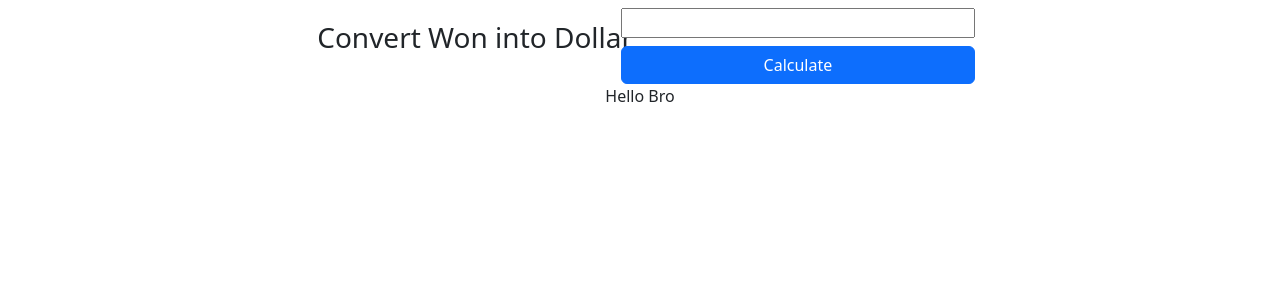
Repository: LeGrandMAG/magCalculator
Page: index.html
The author's editor kept a copy of each file at every save. The page is drawn from the files as they stood at one save, then again after the next save.
The browser window is 1280 px wide. The pictures show the whole page.

Above is the page before, as saved 2022-05-26 13:11:37.

### index.html
<!DOCTYPE html>
<html lang="en">
<head>
    <meta charset="UTF-8">
    <meta http-equiv="X-UA-Compatible" content="IE=edge">
    <meta name="viewport" content="width=device-width, initial-scale=1.0">
    <link href="https://cdn.jsdelivr.net/npm/bootstrap@5.2.0-beta1/dist/css/bootstrap.min.css" rel="stylesheet" integrity="sha384-0evHe/X+R7YkIZDRvuzKMRqM+OrBnVFBL6DOitfPri4tjfHxaWutUpFmBp4vmVor" crossorigin="anonymous">
    <link rel="shortcut icon" href="assets/images/icon.ico"image/x-icon">
    <script src="app.js"></script>
    <link href="style.css" rel="stylesheet">
    <title>Price Calculator</title>
</head>
<body>


    <div class="container">
        <h3>Convert Won into Dollar</h3>
        <form class="row"action="">
            <input class="mt-2 mb-2" type="text">

                <button onclick="myFunction()" class="btn btn-primary"> Calculate</button>
        </form>
    </div>
    <p id="okay">Hello Bro</p>


</body>
</html>

### app.js


function myFunction(){
        document.getElementById('okay').innerHTML = "doll"

}

### style.css
body{
    margin:auto;
    align-items: center;
    text-align: center;
}
.container{
    margin:auto;
    display: flex;
    justify-content: center;
    align-items: center;
}

.form-elem{
    margin-top: 10;
    margin-bottom: 10;
}

After the next save:
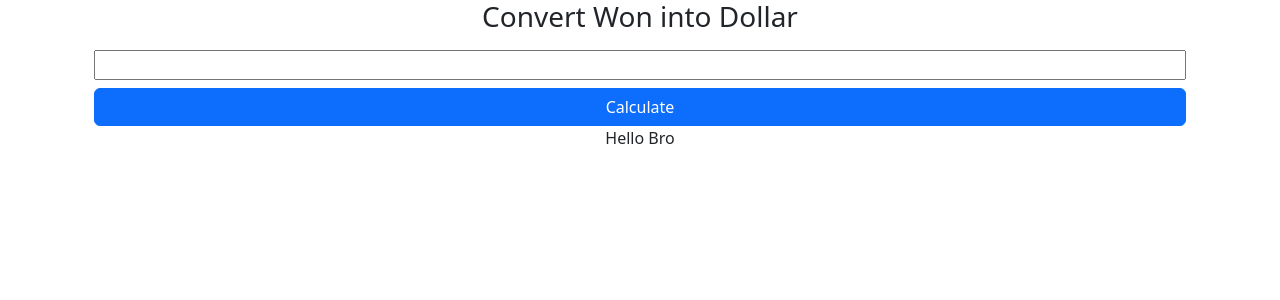
Saved 28 s later.
--- a/index.html
+++ b/index.html
@@ -13,7 +13,7 @@
 <body>
 
 
-    <div class="container">
+    <div class="container row">
         <h3>Convert Won into Dollar</h3>
         <form class="row"action="">
             <input class="mt-2 mb-2" type="text">
